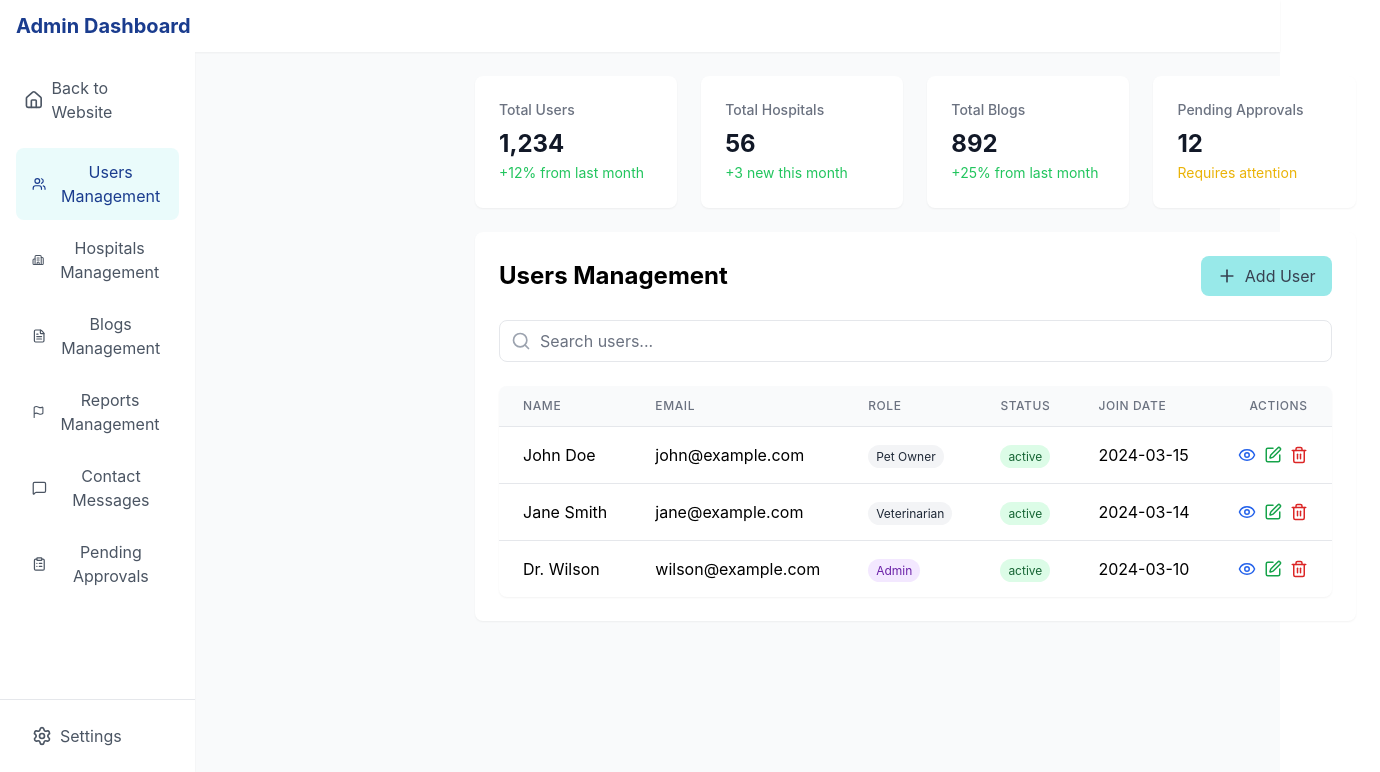
Repository: ZSayless/MyPetDoc
Page: /admin
These files come from the project's save history. The page is drawn as it stood at one moment and after the next save; the edit follows.
The browser window is 1280 px wide. The page is 1380 px wide, then 1280 px, so the pictures cover 1380 px, including what lies to the right of the window. The pictures show the whole page.
The project was rebuilt for these pictures with package versions that can differ from the ones it lists, and the page was loaded fresh each time. Also part of the build but not shown: vite.config.js, src/core/ButtonLink.js, src/components/register/SelectRoleModal.js, src/services/authService.js, src/components/register/Register.js, src/core/Overlay.js, src/components/login/Login.js, src/components/layout/Header.js and 40 more.

Above is the page before, as saved 2025-01-15 22:39:06.

After the next save:
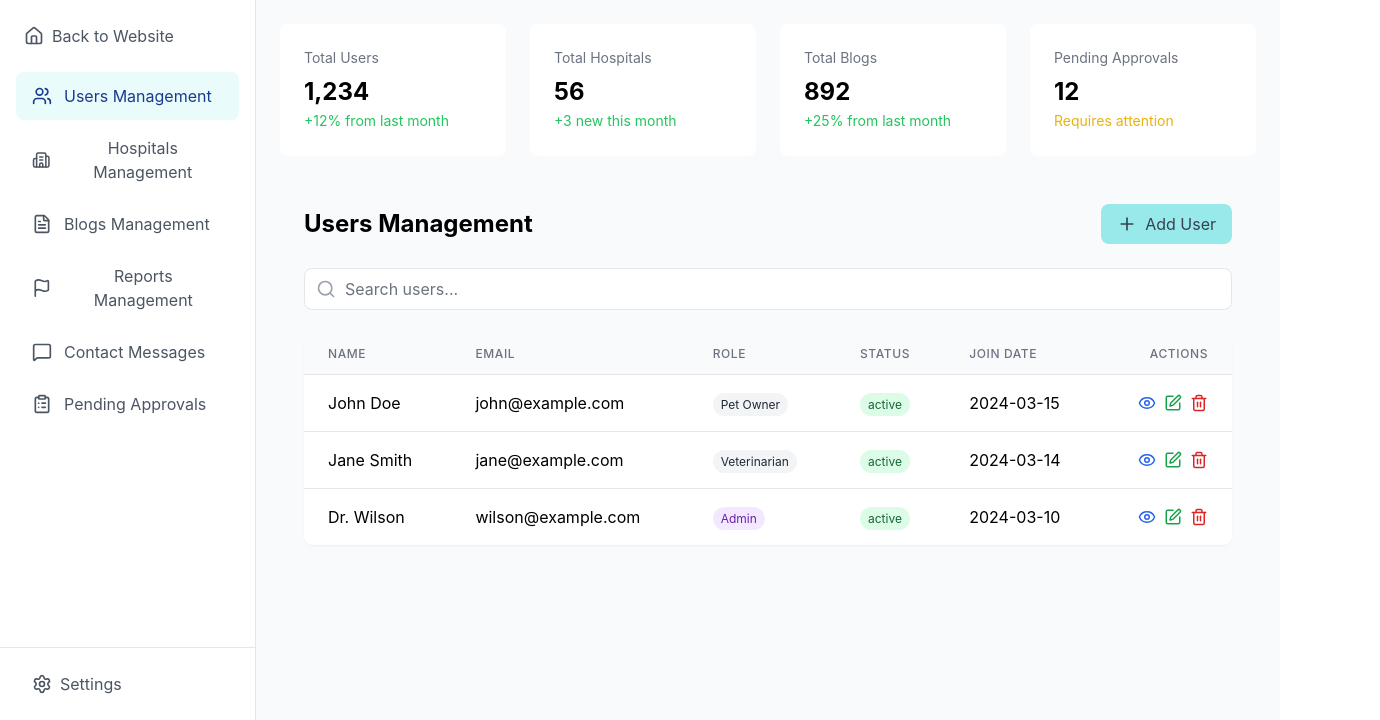
Saved 104 s later.
--- a/src/pages/admin/AdminDashboard.js
+++ b/src/pages/admin/AdminDashboard.js
@@ -6,11 +6,9 @@ import BlogsManagement from "./tabs/BlogsManagement";
 import ReportsManagement from "./tabs/ReportsManagement";
 import ContactMessages from "./tabs/ContactMessages";
 import PendingApprovals from "./tabs/PendingApprovals";
-import { Menu, X } from "lucide-react";
 
 function AdminDashboard() {
   const [activeTab, setActiveTab] = useState("users");
-  const [isSidebarOpen, setIsSidebarOpen] = useState(false);
 
   const renderTab = () => {
     switch (activeTab) {
@@ -32,78 +30,41 @@ function AdminDashboard() {
   };
 
   return (
-    <div className="min-h-screen bg-gray-50">
-      {/* Top Navigation */}
-      <div className="bg-white shadow-sm">
-        <div className="flex items-center justify-between px-4 py-3">
-          <div className="flex items-center gap-3">
-            <button
-              className="lg:hidden p-2 hover:bg-gray-100 rounded-lg"
-              onClick={() => setIsSidebarOpen(!isSidebarOpen)}
-            >
-              {isSidebarOpen ? <X size={24} /> : <Menu size={24} />}
-            </button>
-            <h1 className="text-xl font-bold text-[#1A3C8E]">Admin Dashboard</h1>
+    <div className="flex min-h-screen bg-gray-50">
+      {/* Sidebar */}
+      <div className="w-64 bg-white border-r">
+        <AdminSidebar activeTab={activeTab} setActiveTab={setActiveTab} />
+      </div>
+
+      {/* Main Content */}
+      <div className="flex-1">
+        {/* Stats Cards */}
+        <div className="grid grid-cols-4 gap-6 p-6">
+          <div className="bg-white rounded-lg p-6">
+            <h3 className="text-gray-500 text-sm">Total Users</h3>
+            <p className="text-2xl font-bold mt-2">1,234</p>
+            <span className="text-green-500 text-sm">+12% from last month</span>
+          </div>
+          <div className="bg-white rounded-lg p-6">
+            <h3 className="text-gray-500 text-sm">Total Hospitals</h3>
+            <p className="text-2xl font-bold mt-2">56</p>
+            <span className="text-green-500 text-sm">+3 new this month</span>
+          </div>
+          <div className="bg-white rounded-lg p-6">
+            <h3 className="text-gray-500 text-sm">Total Blogs</h3>
+            <p className="text-2xl font-bold mt-2">892</p>
+            <span className="text-green-500 text-sm">+25% from last month</span>
+          </div>
+          <div className="bg-white rounded-lg p-6">
+            <h3 className="text-gray-500 text-sm">Pending Approvals</h3>
+            <p className="text-2xl font-bold mt-2">12</p>
+            <span className="text-yellow-500 text-sm">Requires attention</span>
           </div>
         </div>
-      </div>
 
-      <div className="flex">
-        {/* Sidebar */}
-        <div
-          className={`fixed lg:static inset-y-0 left-0 z-40 w-64 bg-white shadow-sm transform transition-transform duration-200 ease-in-out ${
-            isSidebarOpen ? "translate-x-0" : "-translate-x-full lg:translate-x-0"
-          }`}
-        >
-          <AdminSidebar
-            activeTab={activeTab}
-            setActiveTab={(tab) => {
-              setActiveTab(tab);
-              setIsSidebarOpen(false);
-            }}
-          />
-        </div>
-
-        {/* Overlay */}
-        {isSidebarOpen && (
-          <div
-            className="fixed inset-0 bg-black/50 z-30 lg:hidden"
-            onClick={() => setIsSidebarOpen(false)}
-          />
-        )}
-
-        {/* Main Content */}
-        <div className="flex-1 p-6 lg:ml-64">
-          <div className="max-w-7xl mx-auto">
-            {/* Stats Cards */}
-            <div className="grid grid-cols-1 md:grid-cols-2 lg:grid-cols-4 gap-6 mb-6">
-              <div className="bg-white p-6 rounded-lg shadow-sm">
-                <h3 className="text-sm font-medium text-gray-500">Total Users</h3>
-                <p className="text-2xl font-bold text-gray-900 mt-2">1,234</p>
-                <span className="text-sm text-green-500">+12% from last month</span>
-              </div>
-              <div className="bg-white p-6 rounded-lg shadow-sm">
-                <h3 className="text-sm font-medium text-gray-500">Total Hospitals</h3>
-                <p className="text-2xl font-bold text-gray-900 mt-2">56</p>
-                <span className="text-sm text-green-500">+3 new this month</span>
-              </div>
-              <div className="bg-white p-6 rounded-lg shadow-sm">
-                <h3 className="text-sm font-medium text-gray-500">Total Blogs</h3>
-                <p className="text-2xl font-bold text-gray-900 mt-2">892</p>
-                <span className="text-sm text-green-500">+25% from last month</span>
-              </div>
-              <div className="bg-white p-6 rounded-lg shadow-sm">
-                <h3 className="text-sm font-medium text-gray-500">Pending Approvals</h3>
-                <p className="text-2xl font-bold text-gray-900 mt-2">12</p>
-                <span className="text-sm text-yellow-500">Requires attention</span>
-              </div>
-            </div>
-
-            {/* Main Content Area */}
-            <div className="bg-white rounded-lg shadow-sm">
-              {renderTab()}
-            </div>
-          </div>
+        {/* Content Area */}
+        <div className="px-6 pb-6">
+          {renderTab()}
         </div>
       </div>
     </div>
